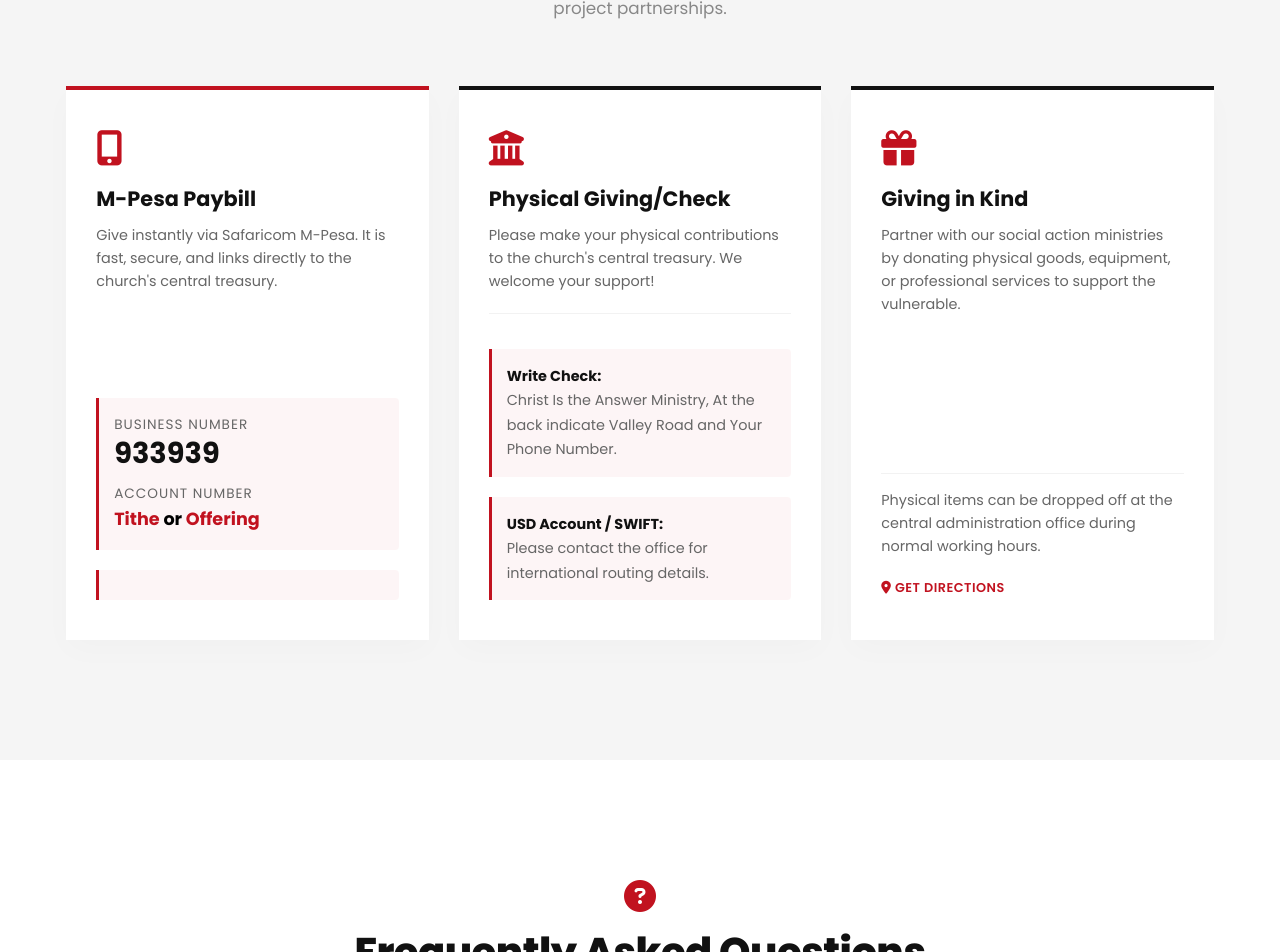
Repository: jereworks/CITAMVRD-Website
Page: give.html
The author's editor kept a copy of each file at every save. The page is drawn from the files as they stood at one save, then again after a run of saves.
The browser window is 1280 px wide. The pictures show the part of the page from y = 735 to 1687 px (the page is 2565 px tall).

Above is the page before, as saved 2026-06-12 07:28:24.

After the next 3 saves:
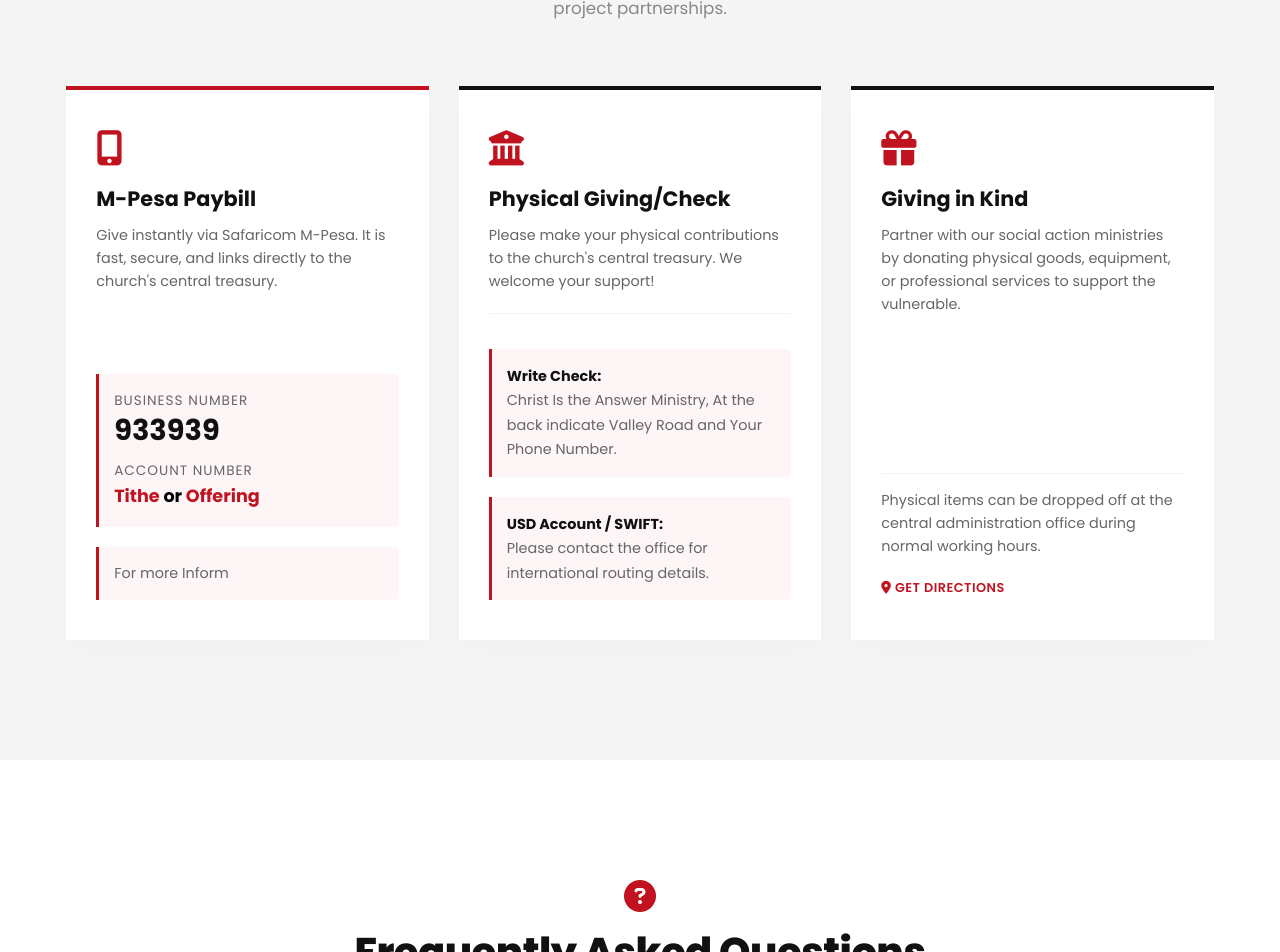
The 3 saves are shown as one change because they came seconds apart.
The last was saved 19 s later.
--- a/give.html
+++ b/give.html
@@ -102,7 +102,7 @@
                     </div>
 
                     <div style="background: rgba(193, 18, 31, 0.04); border-left: 3px solid var(--primary); padding: 15px; margin-top: 20px; border-radius: 0 4px 4px 0;">
-                        <p style="flex-grow: 1;"></p>
+                        <p style="flex-grow: 1;">For more Inform</p>
                     </div>
 
                 </div>
